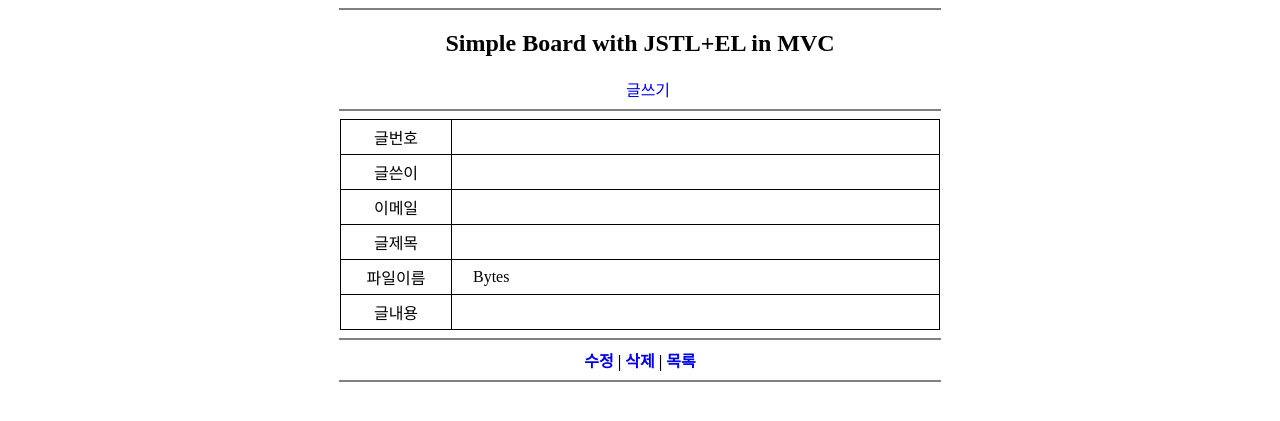
Repository: betweenhj702/Web-App-Server-Practices
Page: http://localhost/MvcPj/sm_file/content.jsp
These files come from the project's save history. The page is drawn as it stood at one moment and after the next save; the edit follows.
The browser window is 1280 px wide. The pictures show the whole page.
The page is served by Tomcat 9. Other server files are loaded and not shown. The template is opened directly, without the code that normally fills it, so the values that code supplies are empty.

Above is the page before, as saved 2021-01-06 16:33:10.

### workspace/MvcPj/WebContent/sm_file/content.jsp
<%@page contentType="text/html;charset=utf-8" import="mvc.domain.Board" %>


<meta charset='utf-8'>
<style>table,th,td{border:1px solid black;border-collapse:collapse}th,td{padding:5px}a{text-decoration:none}</style>
<center>
<hr width='600' size='2' noshade>
<h2>Simple Board with JSTL+EL in MVC </h2>
&nbsp;&nbsp;&nbsp;
<a href='sm.do?m=write'>글쓰기</a>
<hr width='600' size='2' noshade>
<table border='1' width='600' align='center' cellpadding='3'>

<tr>
<td width='100' align='center'>글번호</td>
<td>${selectCon.seq}</td>
</tr>
<tr>
<td align='center'>글쓴이</td>
<td>${selectCon.writer}</td>
</tr>
<tr>
<td align='center'>이메일</td>
<td>${selectCon.email}</td>
</tr>
<tr>
<td align='center'>글제목</td>
<td>${selectCon.subject}</td>
</tr>
<tr>
<td align='center'>파일이름</td>
<td>
	<a href='sm.do?m=download&fname=${selectCon.fname}'>${selectCon.fname}</a>
	&nbsp;&nbsp;&nbsp;${selectCon.fsize} Bytes</td>
</tr>
<tr>
<td align='center'>글내용</td>
<td>${selectCon.content}</td>
</tr>
</table>
<hr width='600' size='2' noshade>
<b>
<a href='sm.do?m=selUpCon&seq=${selectCon.seq}'>수정</a>
|
<a href='sm.do?m=delete&seq=${selectCon.seq}&fname=${selectCon.fname}'>삭제</a>
|
<a href='sm.do'>목록</a>
</b>
<hr width='600' size='2' noshade>
</center>

After the next save:
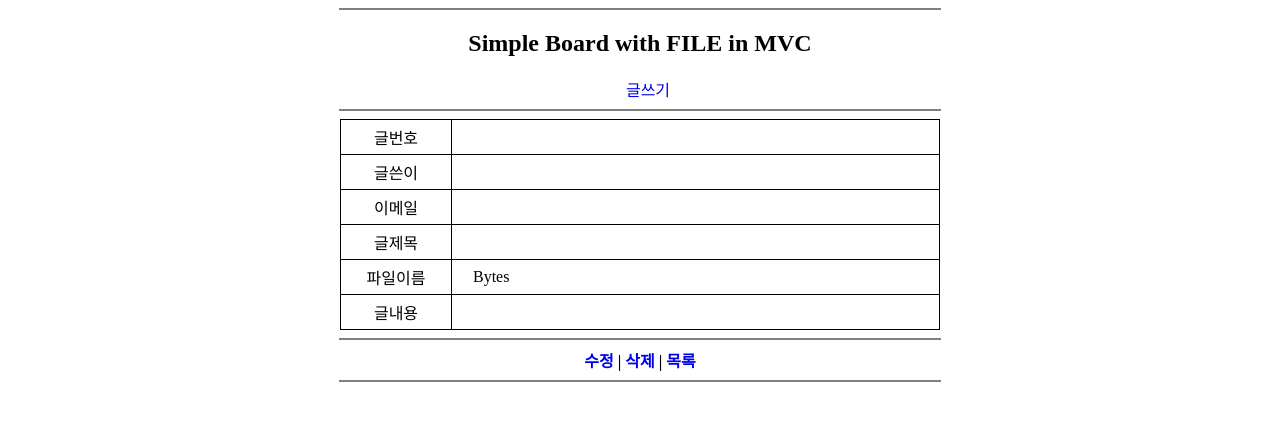
Saved 12 s later.
--- a/workspace/MvcPj/WebContent/sm_file/content.jsp
+++ b/workspace/MvcPj/WebContent/sm_file/content.jsp
@@ -5,7 +5,7 @@
 <style>table,th,td{border:1px solid black;border-collapse:collapse}th,td{padding:5px}a{text-decoration:none}</style>
 <center>
 <hr width='600' size='2' noshade>
-<h2>Simple Board with JSTL+EL in MVC </h2>
+<h2>Simple Board with FILE in MVC </h2>
 &nbsp;&nbsp;&nbsp;
 <a href='sm.do?m=write'>글쓰기</a>
 <hr width='600' size='2' noshade>
